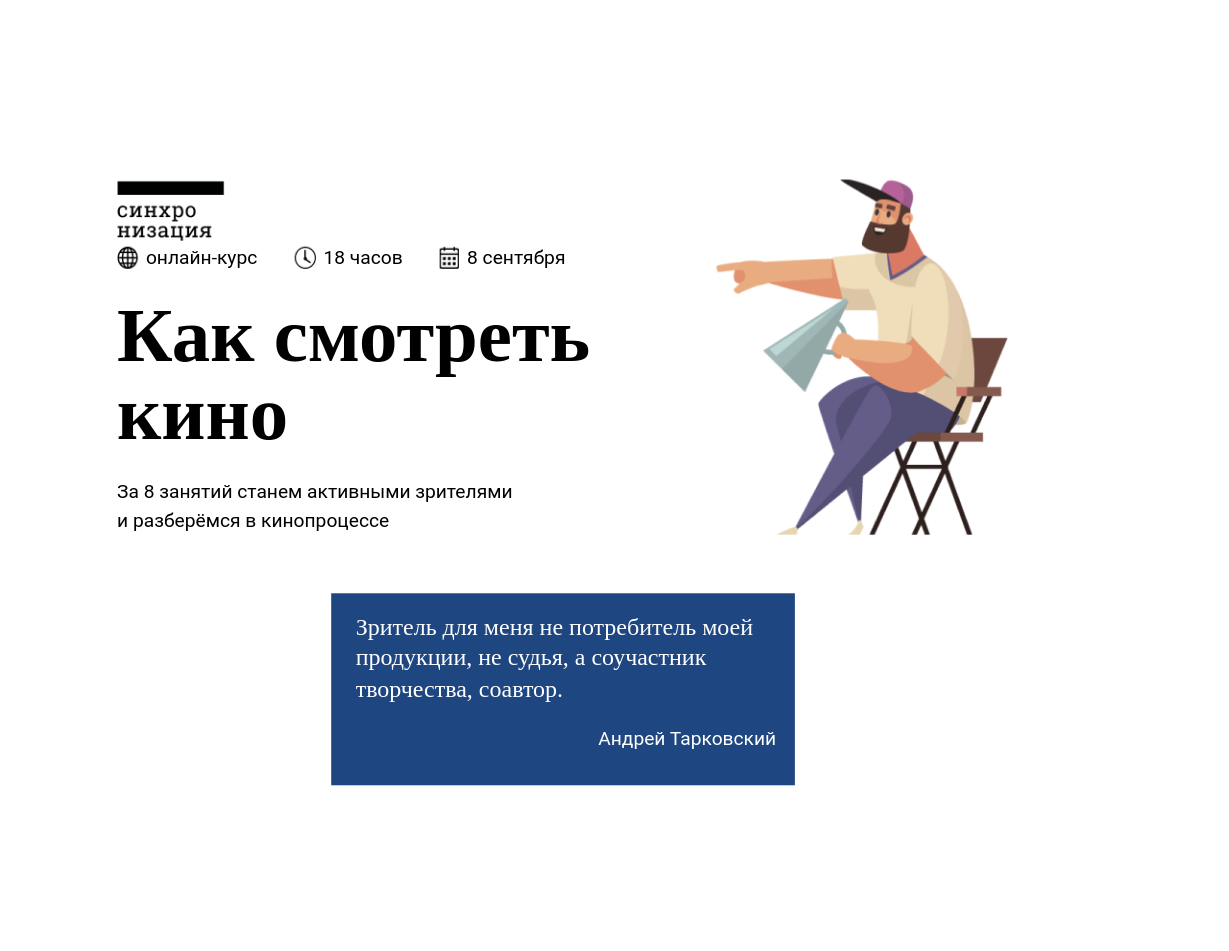
Repository: PoladEziz/Task-8
Page: index.html
These files come from the project's save history. The page is drawn as it stood at one moment and after the next save; the edit follows.
The browser window is 1280 px wide. The pictures show the whole page, at 96% of full size.

Above is the page before, as saved 2023-05-25 16:17:06.

### index.html
<!DOCTYPE html>
<html lang="en">

<head>
    <meta charset="UTF-8">
    <meta http-equiv="X-UA-Compatible" content="IE=edge">
    <meta name="viewport" content="width=device-width, initial-scale=1.0">
    <title>Document</title>
    <link rel="stylesheet" href="index.css">
</head>

<body>
    <div class="main">
        <div class="top">
            <div class="box1">
            <img class="logo" src="logo_mobile_black 1.png" alt="Logo photo">
            <ul>
                <li><img src="globe.png" alt=""><p>онлайн-курс</p></li>
                <li><img src="img_135744.png" alt=""><p>18 часов </p></li>
                <li><img src="calendar_2.png" alt=""><p>8 сентября</p></li>
            </ul>
            <h1>Как смотреть кино</h1>
            <p class="yazi">За 8 занятий станем активными зрителями
                и разберёмся в кинопроцессе</p>
            </div>

            <img src="noroot 1.png" alt="Photo">

        </div>

        <div class="bot">
            <div class="box">
                <p>Зритель для меня
                    не потребитель моей продукции, не судья, а соучастник творчества, соавтор. </p>
                <h1>Андрей Тарковский</h1>
            </div>
        </div>
    </div>
</body>

</html>

### index.css
* {
  padding: 0;
  margin: 0;
  box-sizing: border-box;
}

.main {
  width: 100%;
  min-height: 100vh;
  padding: 187px 230px 173px 122px;
  display: flex;
  flex-direction: column;
}

.top {
  width: 100%;
  display: flex;
  justify-content: space-between;
}

.bot {
  width: 100%;
  display: flex;
  justify-content: center;
  margin-top: 61px;
}

.box {
  width: 483px;
  height: 200px;
  background-color: #1e4681;
  padding: 19px 19px 26px 26px;
}

.box p {
  font-family: "Roboto Slab";
  font-style: normal;
  font-weight: 400;
  font-size: 25px;
  line-height: 130%;
  color: white;
}

.box h1 {
  font-family: "Roboto";
  font-style: normal;
  font-weight: 400;
  font-size: 20px;
  line-height: 130%;
  text-align: right;
  margin-top: 22px;
  color: white;
}

.box1 ul li {
  list-style-type: none;
  font-family: "Roboto";
  font-style: normal;
  font-weight: 400;
  font-size: 20px;
  line-height: 115%;
  display: flex;
  margin-right: 39px;
}

.logo {
  /* position: absolute;
  left: 121px;
  top: 21px; */
  width: 112px;
  height: 66px;
}

.box1 ul {
  display: flex;
  align-items: center;
}

.box1 ul li p {
  margin-left: 8px;
}

.top h1 {
  font-family: "Roboto Slab";
  font-style: normal;
  font-weight: 700;
  font-size: 80px;
  line-height: 101.38%;
  width: 567px;
  margin-top: 29px;
  margin-bottom: 26px;
}

.yazi {
  font-family: "Roboto";
  font-style: normal;
  font-weight: 400;
  font-size: 20px;
  line-height: 150%;
  width: 414px;
}

After the next save:
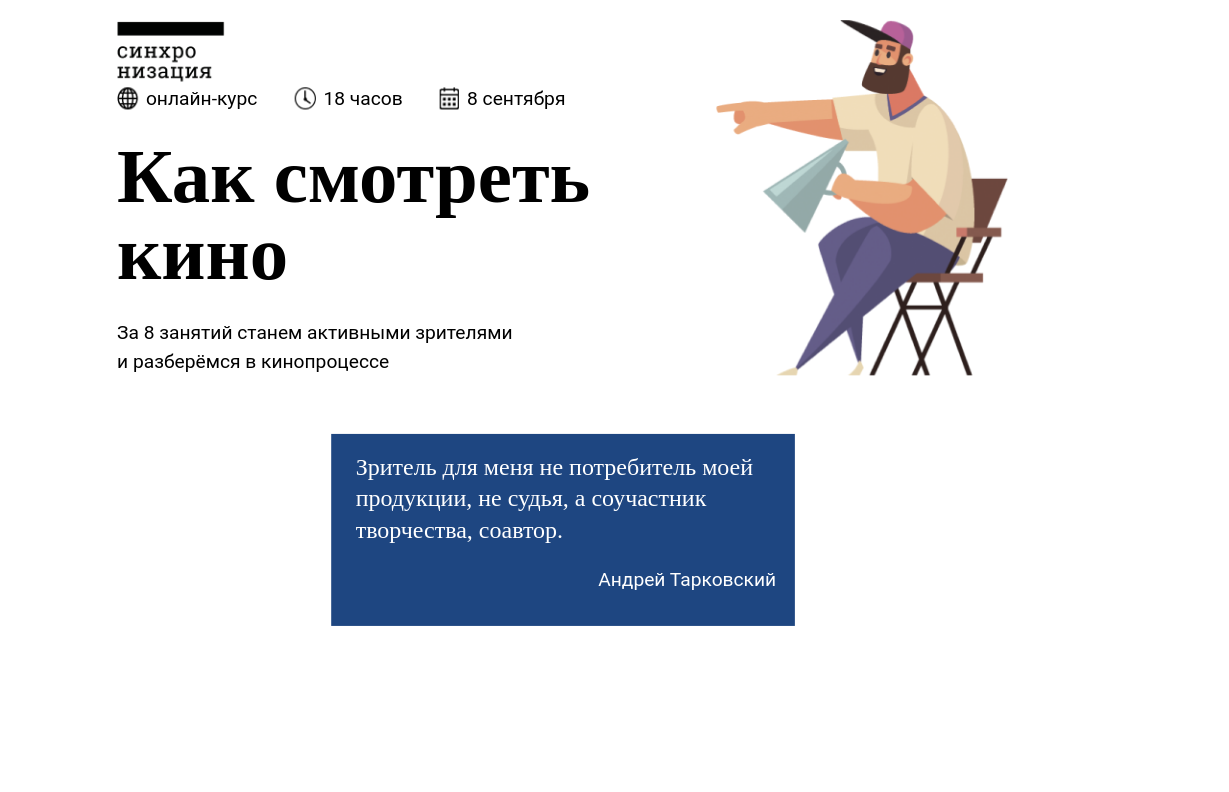
Saved 44 s later.
--- a/index.css
+++ b/index.css
@@ -7,7 +7,7 @@
 .main {
   width: 100%;
   min-height: 100vh;
-  padding: 187px 230px 173px 122px;
+  padding: 21px 230px 173px 122px;
   display: flex;
   flex-direction: column;
 }
